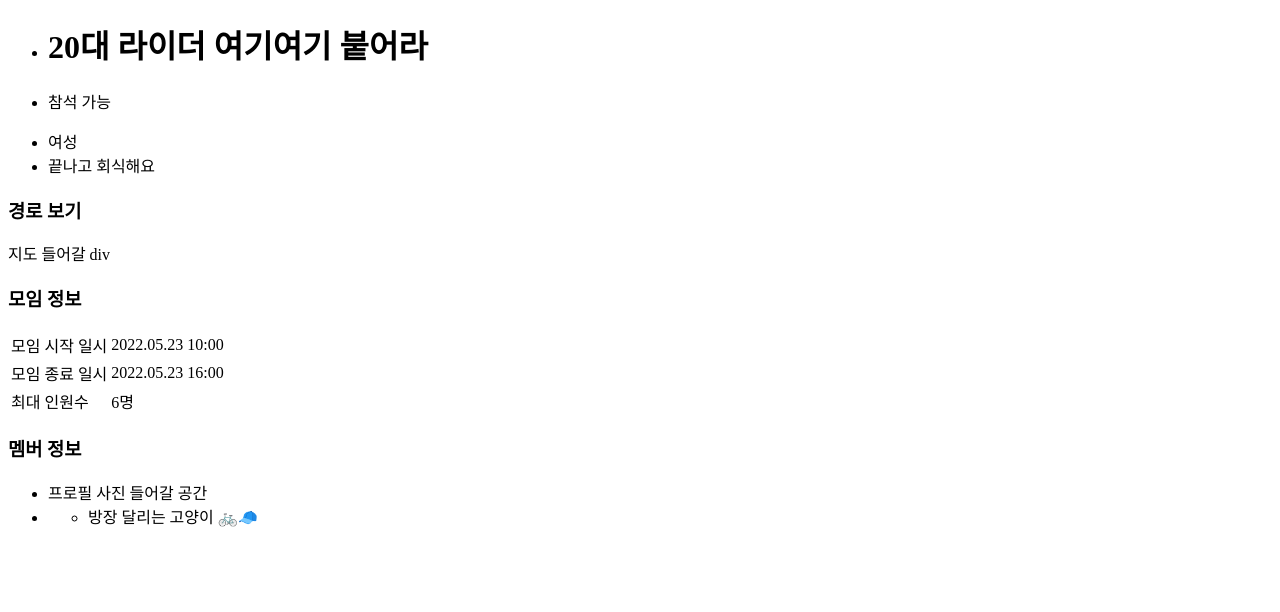
Repository: onpul/TEAM1
Page: http://localhost/Riding/mj/RidingDetail.jsp
These files come from the project's save history. The page is drawn as it stood at one moment and after the next save; the edit follows.
The browser window is 1280 px wide. The pictures show the whole page.
The page is served by Tomcat 9. Other server files are loaded and not shown.

Above is the page before, as saved 2022-06-04 10:59:15.

### Riding/WebContent/mj/RidingDetail.jsp
<%@ page contentType="text/html; charset=UTF-8"%>
<%
	request.setCharacterEncoding("UTF-8");
	String cp = request.getContextPath();
%>
<!DOCTYPE html>
<html>
<head>
<meta charset="UTF-8">
<title>Insert title here</title>
</head>
<body>
<div>
	<ul>
		<li><h1>20대 라이더 여기여기 붙어라</h1></li>
		<li>참석 가능</li>
	</ul>
	<ul>
		<li>여성</li>
		<li>끝나고 회식해요</li>
	</ul>

	<div>
		<h3>경로 보기</h3>
		<div>지도 들어갈 div</div>
	</div>

	<div>
		<h3>모임 정보</h3>
		<table>
			<tr>
				<td>모임 시작 일시</td>
				<td>2022.05.23 10:00</td>
			</tr>
			<tr>
				<td>모임 종료 일시</td>
				<td>2022.05.23 16:00</td>
			</tr>
			<tr>
				<td>최대 인원수</td>
				<td>6명</td>
			</tr>
		</table>
	</div>

	<div>
		<h3>멤버 정보</h3>
		<div>
			<ul>
				<li>프로필 사진 들어갈 공간</li>
				<li>
					<ul>
						<li>방장 달리는 고양이 🚲🧢</li>
					</ul>
				</li>
			</ul>
		</div>
	</div>
</div>
</body>
</html>

After the next save:
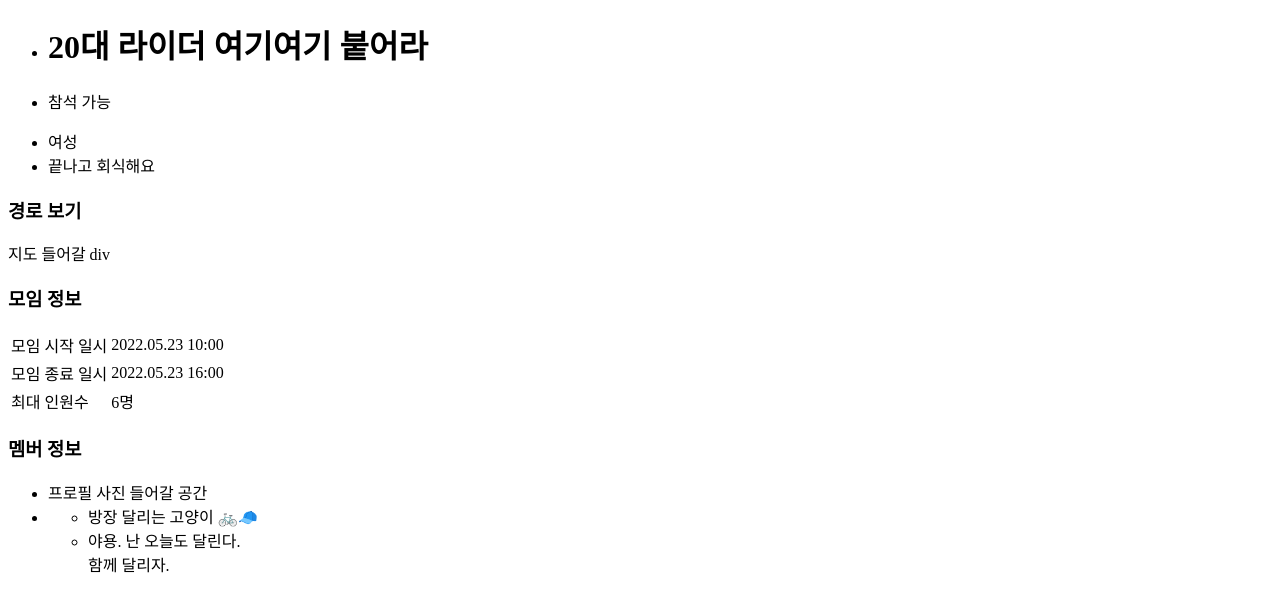
Saved 14 s later.
--- a/Riding/WebContent/mj/RidingDetail.jsp
+++ b/Riding/WebContent/mj/RidingDetail.jsp
@@ -51,6 +51,7 @@
 				<li>
 					<ul>
 						<li>방장 달리는 고양이 🚲🧢</li>
+						<li>야용. 난 오늘도 달린다. <br>함께 달리자.</li>
 					</ul>
 				</li>
 			</ul>
